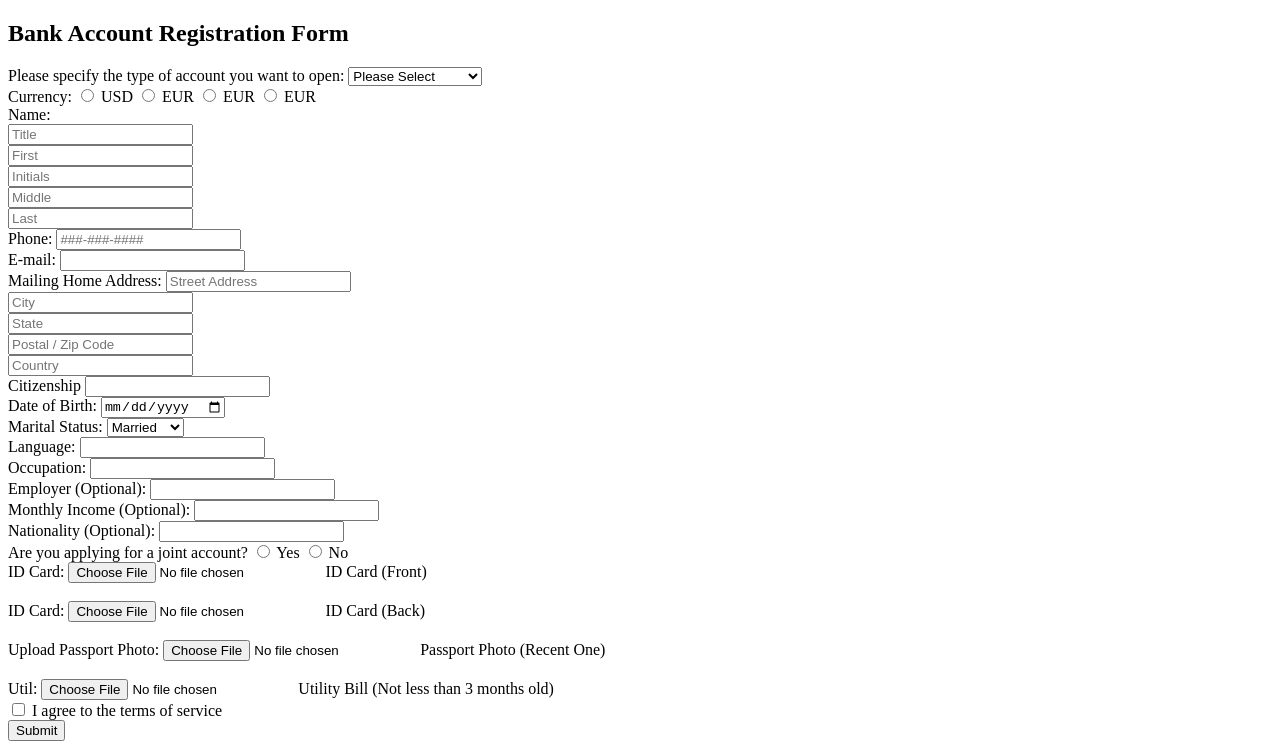
Repository: hizeetech/First-Assignment
Page: sign_up.html
The author's editor kept a copy of each file at every save. The page is drawn from the files as they stood at one save, then again after the next save.
The browser window is 1280 px wide. The pictures show the whole page.

Above is the page before, as saved 2024-11-09 02:42:05.

### sign_up.html
<!DOCTYPE html>
<html lang="en">
<head>
    <meta charset="UTF-8">
    <meta name="viewport" content="width=device-width, initial-scale=1.0">
    <title>Bank Account Registration Form</title>

</head>
<body>

<div>
    <h2>Bank Account Registration Form</h2>
    <form action="#" method="post">

        <div>
            <label for="account-type">Please specify the type of account you want to open:</label>
            <select id="account-type" name="account_type" required>
                <option value="">Please Select</option>
                <option value="savings">Savings Account</option>
                <option value="current">Current Account</option>
                <option value="corporate">Corporate Account</option>
            </select>
        </div>

        <div>
            <label>Currency:</label>
            <label><input type="radio" name="currency" value="NGN" required> USD</label>
            <label><input type="radio" name="currency" value="USD"> EUR</label>
            <label><input type="radio" name="currency" value="EUR"> EUR</label>
            <label><input type="radio" name="currency" value="POUNDS"> EUR</label>
        </div>

        <div>
            <label for="title">Name:</label>
            <div class="inline"><input type="text" id="title" name="title" placeholder="Title"></div>
            <div class="inline"><input type="text" name="first_name" placeholder="First" required></div>
            <div class="inline"><input type="text" name="initials" placeholder="Initials"></div>
            <div class="inline"><input type="text" name="middle_name" placeholder="Middle"></div>
            <input type="text" name="last_name" placeholder="Last" required>
        </div>

        <div>
            <label for="phone">Phone:</label>
            <input type="tel" id="phone" name="phone" placeholder="###-###-####" required>
        </div>

        <div>
            <label for="email">E-mail:</label>
            <input type="email" id="email" name="email" required>
        </div>

        <div>
            <label for="address">Mailing Home Address:</label>
            <input type="text" id="address" name="address" placeholder="Street Address" required>
            <div class="inline"><input type="text" name="city" placeholder="City" required></div>
            <div class="inline"><input type="text" name="state" placeholder="State" required></div>
            <div class="inline"><input type="text" name="postal_code" placeholder="Postal / Zip Code" required></div>
            <input type="text" name="country" placeholder="Country" required>
        </div>

        <div>
            <label for="citizenship">Citizenship</label>
            <input type="citizenship" id="citizenship" name="citizenship" required>
        </div>

        <div>
            <label for="dob">Date of Birth:</label>
            <input type="date" id="dob" name="dob" required>
        </div>

        <div>
            <label for="marital-status">Marital Status:</label>
            <select id="marital-status" name="marital_status" required>
                <option value="married">Married</option>
                <option value="single">Single</option>
                <option value="divorced">Divorced</option>
                <option value="widowed">Widowed</option>
            </select>
        </div>

        <div>
            <label for="language">Language:</label>
            <input type="text" id="language" name="language" required>
        </div>
        <div>
            <label for="occupation">Occupation:</label>
            <input type="text" id="occupation" name="occupation" required>
        </div>
        <div>
            <label for="employer">Employer (Optional):</label>
            <input type="text" id="employer" name="employer">
        </div>
        <div>
            <label for="income">Monthly Income (Optional):</label>
            <input type="text" id="income" name="monthly_income">
        </div>


        <div>
            <label for="nationality">Nationality (Optional):</label>
            <input type="text" id="nationality" name="nationality">
        </div>
        <div>
            <label>Are you applying for a joint account?</label>
            <label><input type="radio" name="joint_account" value="yes"> Yes</label>
            <label><input type="radio" name="joint_account" value="no"> No</label>
        </div>

        <div>
            <label for="id_card">ID Card:</label>
            <input type="file" accept="image/png, image/jpg, image/jpeg, image/webp, image/gif">
            <label for="id-card">ID Card (Front)</label><br><br>
            <label for="id_card">ID Card:</label>
            <input type="file" accept="image/png, image/jpg, image/jpeg, image/webp, image/gif">
            <label for="id-card">ID Card (Back)</label><br><br>
            <label for="passportPhoto">Upload Passport Photo:</label>
            <input type="file" accept="image/png, image/jpg, image/jpeg, image/webp, image/gif">
            <label for="id-card">Passport Photo (Recent One)</label><br><br>
            <label for="utility_bill">Util:</label>
            <input type="file" accept="image/png, image/jpg, image/jpeg, image/webp, image/gif">
            <label for="id-card">Utility Bill (Not less than 3 months old)</label>
        </div>

        <div>
            <input type="checkbox" id="terms" name="terms" required>
            <label for="terms">I agree to the terms of service</a></label>
        </div>



        <button type="submit" class="submit-btn">Submit</button>
    </form>
</div>

</body>
</html>

After the next save:
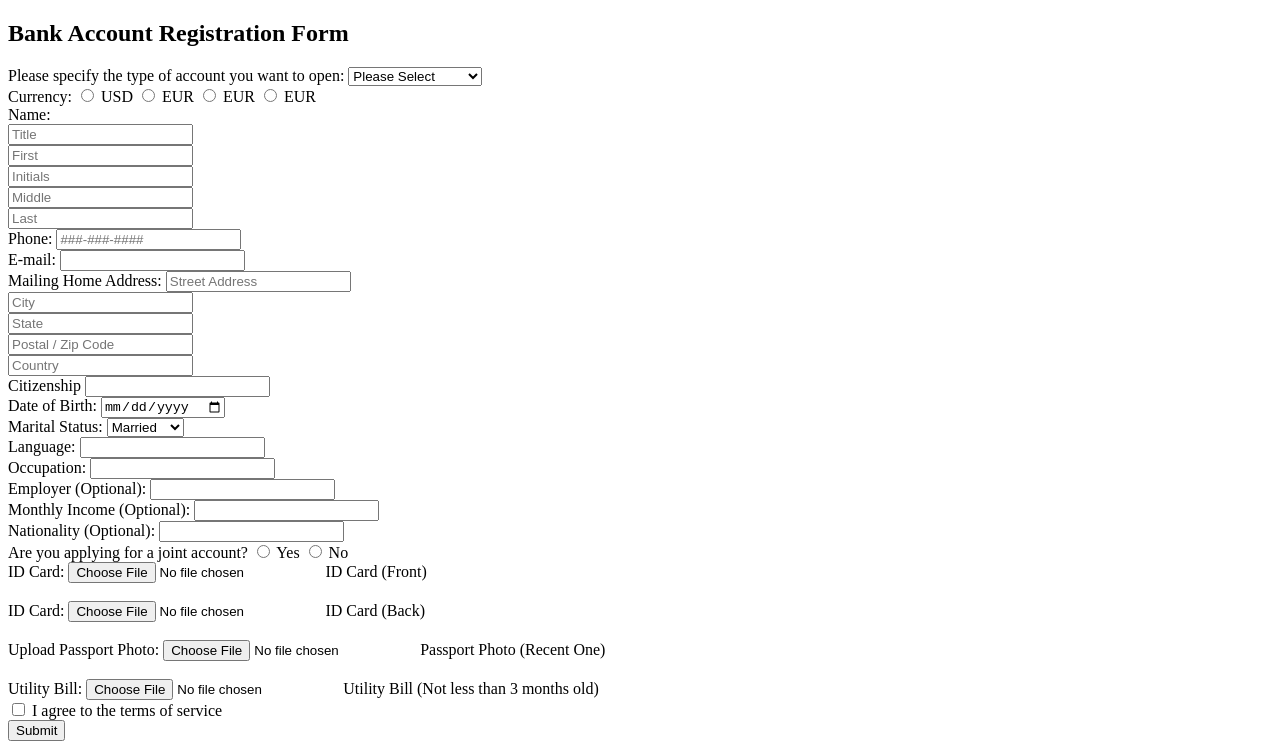
Saved 5 s later.
--- a/sign_up.html
+++ b/sign_up.html
@@ -116,7 +116,7 @@
             <label for="passportPhoto">Upload Passport Photo:</label>
             <input type="file" accept="image/png, image/jpg, image/jpeg, image/webp, image/gif">
             <label for="id-card">Passport Photo (Recent One)</label><br><br>
-            <label for="utility_bill">Util:</label>
+            <label for="utility_bill">Utility Bill:</label>
             <input type="file" accept="image/png, image/jpg, image/jpeg, image/webp, image/gif">
             <label for="id-card">Utility Bill (Not less than 3 months old)</label>
         </div>
